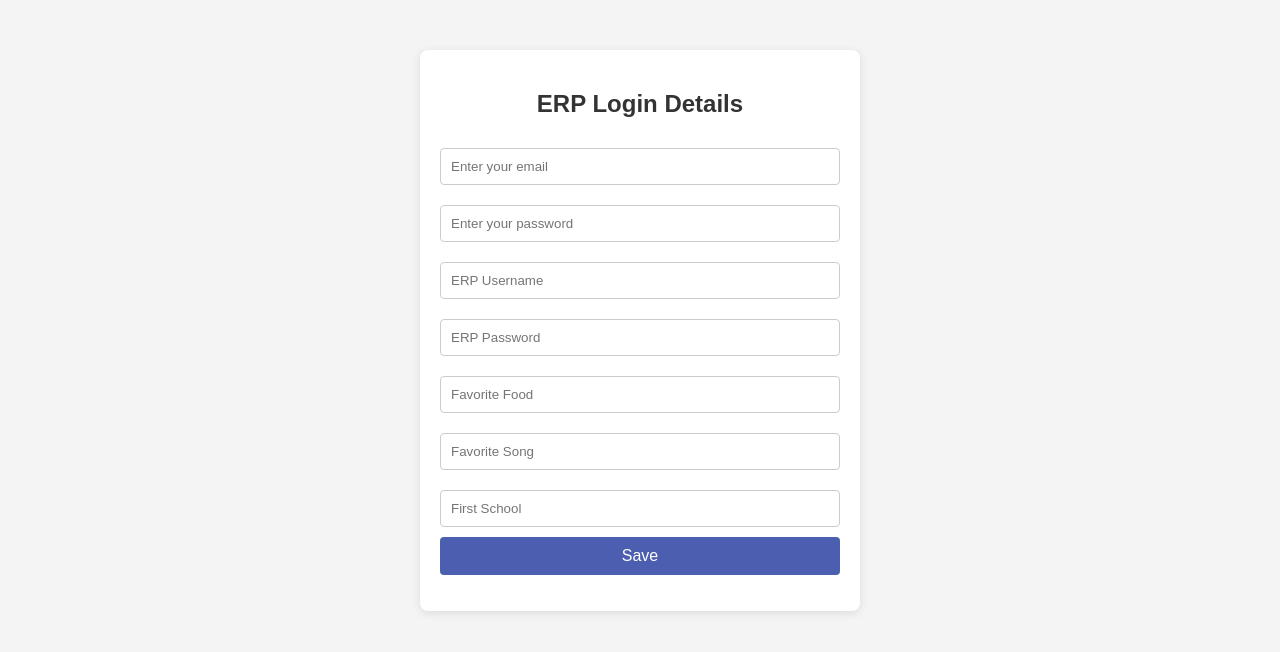
Repository: gopikant21/ERP_AUTO_LOGIN
Page: form.html
An editor plug-in stored every save of this project. The page is shown before and after the next save, followed by the edit.
The browser window is 1280 px wide. The pictures show the whole page.

Above is the page before, as saved 2024-10-08 23:52:19.

After the next save:
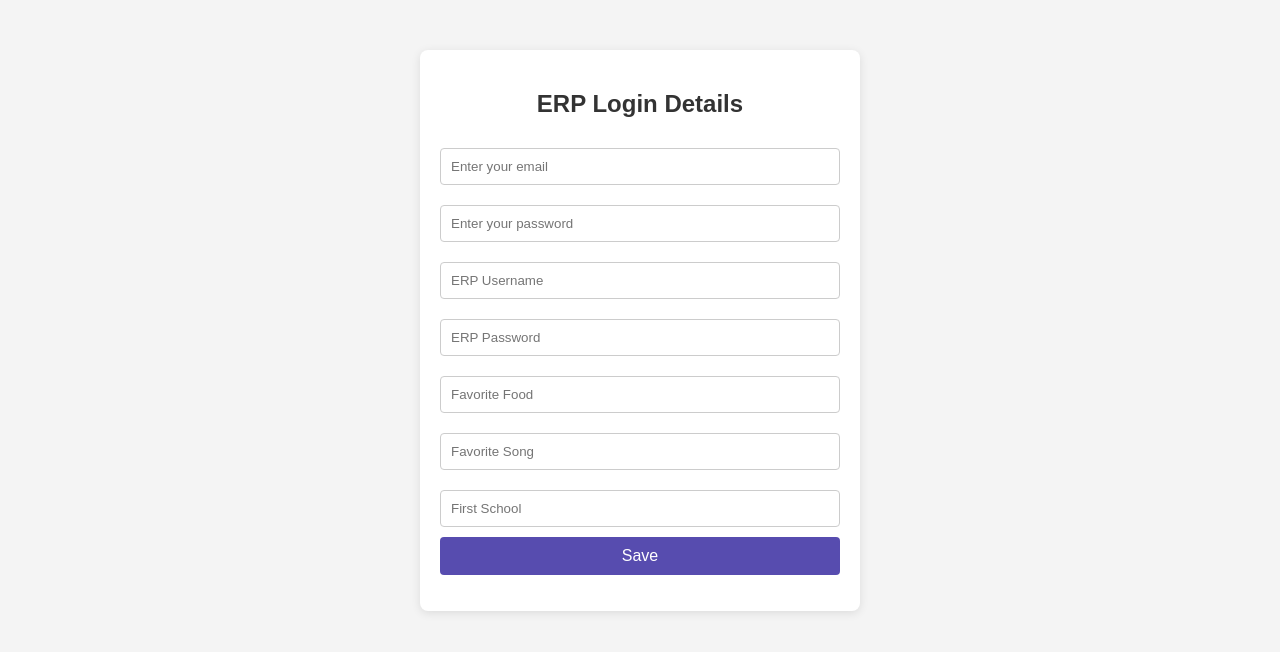
Saved 5 s later.
--- a/form.css
+++ b/form.css
@@ -32,7 +32,7 @@ body {
   button {
     width: 100%;
     padding: 10px;
-    background-color: #4c5eaf;
+    background-color: #574caf;
     color: white;
     border: none;
     border-radius: 4px;
